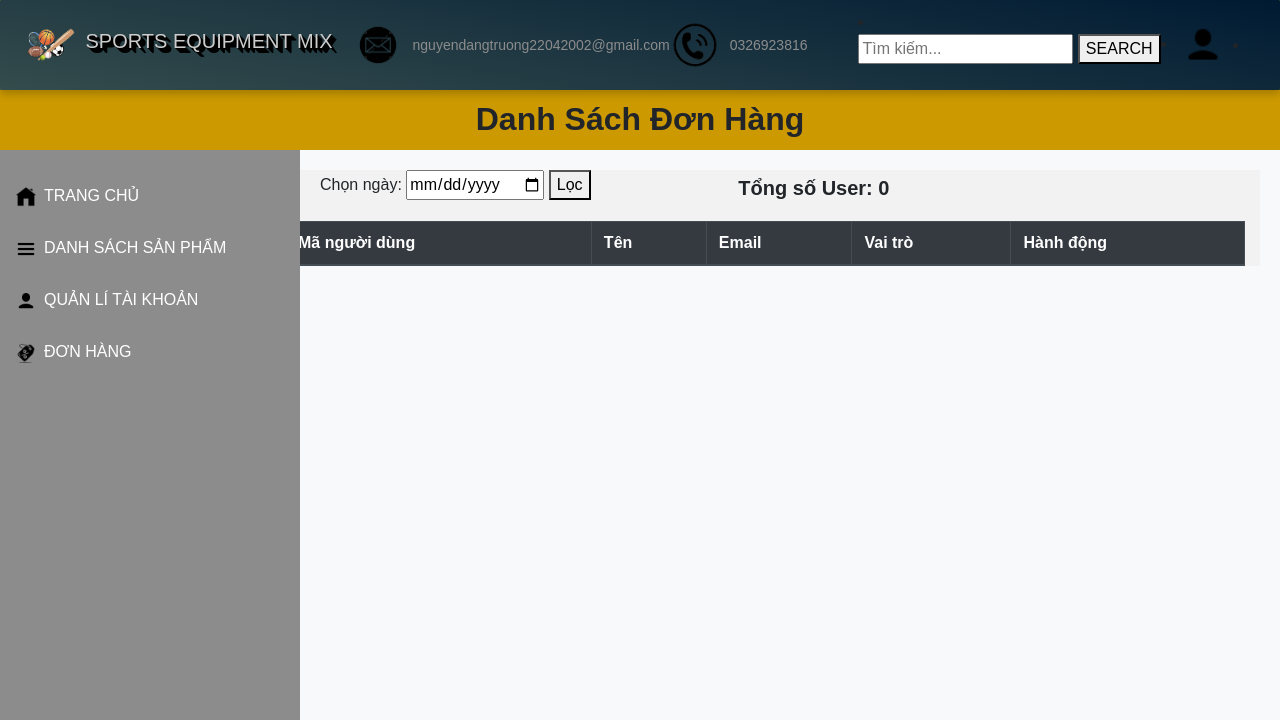
Repository: nguyendangtruong220420002/WWW-BanDungCuThietBiTheThao
Page: http://localhost/WebBanDungCuTheThao/QuanLy/DanhSachUser.jsp
An editor plug-in stored every save of this project. The page is shown before and after the next save, followed by the edit.
The browser window is 1280 px wide. The pictures show the whole page.
The page is served by Tomcat 10. Other server files are loaded and not shown.

Above is the page before, as saved 2024-07-22 09:00:10.

### WebBanDungCuTheThao/src/main/webapp/QuanLy/DanhSachUser.jsp
<%@ page language="java" contentType="text/html; charset=UTF-8"
	pageEncoding="UTF-8"%>
<%@ taglib uri="http://java.sun.com/jsp/jstl/core" prefix="c"%>

<%@ taglib uri="http://java.sun.com/jsp/jstl/functions" prefix="fn"%>
<%@ taglib uri="http://java.sun.com/jsp/jstl/fmt" prefix="fmt"%>
<html>
<head>
<meta charset="UTF-8">
<title>Quản Lý User</title>
<link
	href="https://stackpath.bootstrapcdn.com/bootstrap/4.5.2/css/bootstrap.min.css"
	rel="stylesheet">
<!-- Bootstrap JS và jQuery -->
<script src="https://code.jquery.com/jquery-3.5.1.slim.min.js"></script>
<script
	src="https://cdn.jsdelivr.net/npm/@popperjs/core@2.9.2/dist/umd/popper.min.js"></script>
<script
	src="https://stackpath.bootstrapcdn.com/bootstrap/4.5.2/js/bootstrap.min.js"></script>
<style>
body {
	font-family: Arial, sans-serif;
	margin: 0;
	padding: 0;
	box-sizing: border-box;
	display: flex;
	flex-direction: column;
	min-height: 100vh;
}

.logo {
	display: flex;
	align-items: center;
	justify-content: space-around;
	padding: 10px;
	background: linear-gradient(10deg, #344c4c, #001a33);
	border-radius: 1px;
	box-shadow: 0 4px 8px rgba(0, 0, 0, 0.2);
}

.logo-left {
	display: flex;
	align-items: center;
}

.logo-right {
	display: flex;
	align-items: center;
}

.logo img {
	height: 50px;
	width: 50px;
	margin-right: 10px;
}

.logo h1 {
	font-size: 20px;
	text-shadow: 1px 1px 0 #000, 2px 2px 0 #000, 3px 3px 0 #000, 4px 4px 0
		#000, 5px 5px 0 #000;
	color: #cccccc;
	font-weight: 100;
	margin-right: 20px;
}

.contact-info {
	display: flex;
	align-items: center;
	margin-right: 20px;
}

.contact-info h2 {
	margin: 0;
	font-size: 14px;
	color: #8c8c8c;
}

.social-icons img {
	height: 40px;
	width: 40px;
	margin: 10px;
}

header {
	background-color: #cc9900;
	height: 150px;
}

.memu-icons {
	height: 15px;
	width: 15px;
	margin: 0 5px;
}

.user-menu {
	display: none;
	position: absolute;
	background-color: white;
	border: 1px solid #ccc;
	padding: 10px;
	right: 15px;
	top: 40px;
}

.user-menu a {
	display: block;
	color: #333;
	text-decoration: none;
	margin: 5px 0;
}

.user-icon {
	position: relative;
	cursor: pointer;
}

.sidebar {
	width: 300px;
	height: 100%;
	background-color: #8c8c8c;
	padding-top: 20px;
	position: fixed;
	top: 150px; /* Dưới header */
	left: 0;
	overflow-y: auto;
}

.nav-list {
	list-style-type: none;
	padding: 0;
	margin: 0;
}

.nav-list li {
	position: relative;
}

.nav-list li a {
	display: block;
	color: white;
	padding: 14px 16px;
	text-decoration: none;
}

.nav-list li a:hover {
	background-color: #111;
}

.menu-icons {
	height: 20px;
	width: 20px;
	margin-right: 8px;
}

.dropdown-content {
	display: none;
	background-color: #444;
	padding-left: 20px;
}

.dropdown-content a {
	color: white;
	padding: 12px 16px;
	text-decoration: none;
	display: block;
}

.dropdown-content a:hover {
	background-color: #555;
}

main {
	margin-left: 250px; /* Để lại khoảng trống cho sidebar */
	padding: 20px;
	flex: 1;
}

.show {
	display: block;
}

.product-list {
	max-height: 100px; /* Chiều cao tối đa của danh sách sản phẩm */
	overflow: hidden; /* Ẩn nội dung vượt quá chiều cao tối đa */
	transition: max-height 0.3s ease;
	/* Hiệu ứng chuyển tiếp khi mở rộng */
}

.product-list.show-more {
	max-height: 100%; /* Chiều cao tối đa khi mở rộng */
}

.show-more-btn {
	cursor: pointer; /* Con trỏ chuột khi di chuột qua nút */
	color: #007bff; /* Màu chữ của nút "Xem thêm" */
	text-decoration: underline; /* Gạch chân chữ */
}
</style>
<script>
	function toggleUserMenu() {
		var userMenu = document.getElementById("user-menu");
		if (userMenu.style.display === "block") {
			userMenu.style.display = "none";
		} else {
			userMenu.style.display = "block";
		}
	}
	function toggleDropdown(event) {
		event.preventDefault();
		var dropdownContent = event.currentTarget.nextElementSibling;
		dropdownContent.classList.toggle("show");
	}
	function filterByDate() {
	    // Lấy ngày từ form lọc
	    const filterDate = document.getElementById('filterDate').value;
	    const formattedDate = new Date(filterDate).toISOString().split('T')[0]; // Định dạng ngày theo yyyy-MM-dd

	    // Lấy tất cả các hàng trong bảng
	    const rows = document.querySelectorAll('#paymentsTableBody tr');

	    rows.forEach(row => {
	        // Lấy giá trị ngày từ thuộc tính data-date
	        const rowDate = row.getAttribute('data-date');

	        // So sánh ngày để quyết định hiển thị hoặc ẩn hàng
	        if (rowDate === formattedDate) {
	            row.style.display = ''; // Hiển thị hàng
	        } else {
	            row.style.display = 'none'; // Ẩn hàng
	        }
	    });
	}
	function toggleDescription(element) {
        var productList = element.previousElementSibling;
        if (productList.classList.contains('show-more')) {
            productList.classList.remove('show-more');
            element.textContent = 'Xem thêm';
        } else {
            productList.classList.add('show-more');
            element.textContent = 'Thu gọn';
        }
    }

</script>


</head>
<body>
	<header>
		<div class="logo">
			<div class="logo-left">
				<img alt="" src="IMG/logo.png">
				<h1>SPORTS EQUIPMENT MIX</h1>
				<div class="contact-info">
					<img alt="" src="IMG/thu.png" class="social-icons">
					<h2>nguyendangtruong22042002@gmail.com</h2>
					<img alt="" src="IMG/call.png" class="social-icons">
					<h2>0326923816</h2>
				</div>
			</div>
			<div class="logo-right">
				<li>
					<form action="search.jsp" method="get">
						<input type="text" name="query" placeholder="Tìm kiếm...">
						<button type="submit">SEARCH</button>
					</form>
				</li>
				<li><a href="#" class="user-icon" onclick="toggleUserMenu()"><img
						alt="" src="IMG/user.png" style="height: 40px; width: 40px"></a>
					<div id="user-menu" class="user-menu">
						<c:choose>
							<c:when test="${not empty sessionScope.ten}">
								<span class="user-info font-weight-bold text-black"> <c:out
										value="Xin chào: ${sessionScope.ten}" />
								</span>
								<button type="button" class="btn btn-danger"
									onclick="confirmLogout()">Đăng Xuất</button>
							</c:when>
							<c:otherwise>
								<button type="button" class="btn btn-primary"
									data-toggle="modal" data-target="#loginModal">Đăng
									Nhập</button>
								<button type="button" class="btn btn-primary"
									data-toggle="modal" data-target="#registerModal">Đăng
									Ký</button>
							</c:otherwise>
						</c:choose>
					</div></li>
				<li>
			</div>
		</div>
		<div style="text-align: center; margin-top: 10px">
			<h2 style="font-weight: bold;">Danh Sách Đơn Hàng</h2>
		</div>
	</header>
	<nav class="sidebar">
		<ul class="nav-list">
			<li><a href="Admin.jsp"><img alt="" src="IMG/home.png"
					class="menu-icons">TRANG CHỦ</a></li>
			<li class="dropdown"><a href="javascript:void(0)"
				class="dropbtn" onclick="toggleDropdown(event)"><img alt=""
					src="IMG/menu.png" class="menu-icons">DANH SÁCH SẢN PHẨM</a>
				<div class="dropdown-content">
					<a href="DanhSachLoaiSanPhamServlet">Loại Sản phẩm</a> <a
						href="DanhSachSanPhamServlet">Sản phẩm</a>
				</div></li>
			<li><a href="users.jsp"><img alt="" src="IMG/user.png"
					class="menu-icons">QUẢN LÍ TÀI KHOẢN</a></li>
			<li><a href="DSDonHangServlet"><img alt=""
					src="IMG/sale.png" class="menu-icons">ĐƠN HÀNG</a></li>
		</ul>
	</nav>
	<main>
		<div class="container"
			style="background-color: #f2f2f2; max-width: 1600px">

			<div class="content">
				<div class="row mb"
					style="display: flex; align-items: center; margin-left: 20px;">

					<div class="col-md-4" style="display: flex; align-items: center;">
						<form id="filterForm" method="get">
							<label for="filterDate">Chọn ngày:</label> <input type="date"
								id="filterDate" name="filterDate" value="${filterDate}" />
							<button type="submit">Lọc</button>
						</form>
					</div>

					<div class="col-md-4"
						style="font-weight: bold; font-size: 20px; margin-left: 100px">

						<p>Tổng số User: ${fn:length(users)}</p>
					</div>

				</div>

			</div>
			<table class="table table-bordered">
				<thead class="thead-dark">
					<tr>
						<th>Mã người dùng</th>
						<th>Tên</th>
						<th>Email</th>
						<th>Vai trò</th>
						<th>Hành động</th>
					</tr>

				</thead>
				<c:forEach var="user" items="${users}">
					<tr>
						<td>${user.mauser}</td>
						<td>${user.tenuser}</td>
						<td>${user.email}</td>
						<td>${user.role}</td>
						<td>
							<!-- Update Form -->
							<form action="DanhSachUserServlet" method="post"
								style="display: inline;">
								<input type="hidden" name="action" value="edit" /> <input
									type="hidden" name="maUser" value="${user.mauser}" /> <input
									type="submit" value="edit" class="btn btn-warning" />
							</form> <!-- Delete Form -->
							<form action="DanhSachUserServlet" method="post"
								style="display: inline;">
								<input type="hidden" name="action" value="delete" /> <input
									type="hidden" name="maUser" value="${user.mauser}" /> <input
									type="submit" value="Xóa" />
							</form>
						</td>
					</tr>
				</c:forEach>

			</table>
		</div>
	</main>


	<footer> </footer>

	<jsp:include page="../Modal/register.jsp" />
	<jsp:include page="../Modal/login.jsp" />
	<!-- Modal Đăng ký thành công -->
	<div class="modal fade" id="registerSuccessModal" tabindex="-1"
		role="dialog" aria-labelledby="registerSuccessModalLabel"
		aria-hidden="true">
		<div class="modal-dialog" role="document">
			<div class="modal-content">
				<div class="modal-header">
					<h5 class="modal-title" id="registerSuccessModalLabel">Đăng Ký
						Thành Công</h5>
					<button type="button" class="close" data-dismiss="modal"
						aria-label="Close">
						<span aria-hidden="true">&times;</span>
					</button>
				</div>
				<div class="modal-body">Chúc mừng! Bạn đã đăng ký thành công.
				</div>
				<div class="modal-footer">
					<button type="button" class="btn btn-secondary"
						data-dismiss="modal">Đóng</button>
				</div>
			</div>
		</div>
	</div>

	<!-- JavaScript để hiển thị modal khi cần -->
	<script>
        $(document).ready(function() {
            <%-- Kiểm tra xem thuộc tính registerSuccess có trong session không --%>
            <% if (session.getAttribute("registerSuccess") != null && (Boolean) session.getAttribute("registerSuccess")) { %>
                <%-- Hiển thị modal "Đăng ký thành công" --%>
                $('#registerSuccessModal').modal('show');
            <% }
               session.removeAttribute("registerSuccess");
            %>
        });
    </script>
	<!-- Modal Đăng nhập thành công -->
	<div class="modal fade" id="loginSuccessModal" tabindex="-1"
		role="dialog" aria-labelledby="loginSuccessModalLabel"
		aria-hidden="true">
		<div class="modal-dialog" role="document">
			<div class="modal-content">
				<div class="modal-header">
					<h5 class="modal-title" id="loginSuccessModalLabel">Đăng Nhập
						Thành Công</h5>
					<button type="button" class="close" data-dismiss="modal"
						aria-label="Close">
						<span aria-hidden="true">&times;</span>
					</button>
				</div>
				<div class="modal-body">Chào mừng bạn đã đăng nhập thành công.
				</div>
				<div class="modal-footer">
					<button type="button" class="btn btn-secondary"
						data-dismiss="modal">Đóng</button>
				</div>
			</div>
		</div>
	</div>
	<script>
    $(document).ready(function() {

        <% if (session.getAttribute("loginSuccess") != null && (Boolean) session.getAttribute("loginSuccess")) { %>
            $('#loginSuccessModal').modal('show');
            <% session.removeAttribute("loginSuccess"); %>

            // Thay đổi nút "Đăng Nhập" và "Đăng Ký" thành nút "Đăng Xuất"
            var tenuser = '${sessionScope.ten}'; // Lấy tên người dùng từ session
            $('#user-menu').html('<span class="user-info font-weight-bold text-black">Xin Chào  ' + tenuser + '</span>' +
                '<button type="button" class="btn btn-danger" onclick="confirmLogout()">Đăng Xuất</button>');
        <% } %>
    });

    function confirmLogout() {
        // Hiển thị modal xác nhận đăng xuất
        $('#confirmLogoutModal').modal('show');
    }

    function logout() {
    	window.location.href = "LogoutServlet";
    }
</script>
	<!-- Modal Đăng nhập không thành công -->
	<div class="modal fade" id="loginFailedModal" tabindex="-1"
		role="dialog" aria-labelledby="loginFailedModalLabel"
		aria-hidden="true">
		<div class="modal-dialog" role="document">
			<div class="modal-content">
				<div class="modal-header">
					<h5 class="modal-title" id="loginFailedModalLabel">Đăng Nhập
						Không Thành Công</h5>
					<button type="button" class="close" data-dismiss="modal"
						aria-label="Close">
						<span aria-hidden="true">&times;</span>
					</button>
				</div>
				<div class="modal-body">Đăng nhập không thành công. Vui lòng
					kiểm tra lại email và mật khẩu.</div>
				<div class="modal-footer">
					<button type="button" class="btn btn-secondary"
						data-dismiss="modal">Đóng</button>
				</div>
			</div>
		</div>
	</div>
	<script>
    $(document).ready(function() {
        <%-- Kiểm tra xem thuộc tính loginFailed có trong session không --%>
        <% if (session.getAttribute("loginFailed") != null && (Boolean) session.getAttribute("loginFailed")) { %>
            <%-- Hiển thị modal "Đăng nhập không thành công" --%>
            $('#loginFailedModal').modal('show');
        <% }
           session.removeAttribute("loginFailed");
        %>
    });
</script>
	<!-- Modal xác nhận đăng xuất -->
	<div class="modal fade" id="confirmLogoutModal" tabindex="-1"
		role="dialog" aria-labelledby="confirmLogoutModalLabel"
		aria-hidden="true">
		<div class="modal-dialog" role="document">
			<div class="modal-content">
				<div class="modal-header">
					<h5 class="modal-title" id="confirmLogoutModalLabel">Xác nhận
						đăng xuất</h5>
					<button type="button" class="close" data-dismiss="modal"
						aria-label="Close">
						<span aria-hidden="true">&times;</span>
					</button>
				</div>
				<div class="modal-body">Bạn có chắc chắn muốn đăng xuất không?
				</div>
				<div class="modal-footer">
					<button type="button" class="btn btn-secondary"
						data-dismiss="modal">Hủy</button>
					<button type="button" class="btn btn-primary" onclick="logout()">Đăng
						xuất</button>
				</div>
			</div>
		</div>
	</div>





</body>
</html>

### WebBanDungCuTheThao/src/main/webapp/Modal/register.jsp
<%@ page language="java" contentType="text/html; charset=UTF-8"
    pageEncoding="UTF-8"%>
<!DOCTYPE html>
<html>
<head>
<meta charset="UTF-8">
<title>Register</title>
<link rel="stylesheet" href="https://stackpath.bootstrapcdn.com/bootstrap/4.3.1/css/bootstrap.min.css">
<style>
body {
    font-family: Arial, sans-serif;
    background-color: #f8f9fa;
    margin: 0;
    padding: 0;
}
.modal-content {
    border-radius: 8px;
    border: none;
}
.modal-header {
    background-color: #007bff;
    color: #fff;
    border-bottom: none;
    border-top-left-radius: 8px;
    border-top-right-radius: 8px;
}
.modal-title {
    margin: 0;
    font-weight: bold;
}
.close {
    color: #fff;
    opacity: 1;
}
.modal-body {
    padding: 20px;
}
.form-group label {
    font-weight: bold;
}
.form-control {
    border-radius: 4px;
    border: 1px solid #ced4da;
    padding: 10px;
}
.btn-primary {
    background-color: #007bff;
    border: none;
    border-radius: 4px;
    padding: 10px 20px;
}
.btn-primary:hover {
    background-color: #0056b3;
}
</style>
</head>
<body>
<div class="modal fade" id="registerModal" tabindex="-1" role="dialog" aria-labelledby="registerModalLabel" aria-hidden="true">
  <div class="modal-dialog" role="document">
    <div class="modal-content">
      <div class="modal-header">
        <h5 class="modal-title" id="registerModalLabel">Đăng Ký</h5>
        <button type="button" class="close" data-dismiss="modal" aria-label="Close">
          <span aria-hidden="true">&times;</span>
        </button>
      </div>
      <div class="modal-body">
        <form action="UserServlet" method="post">
          <div class="form-group">
            <label for="username">Họ và Tên</label>
            <input type="text" class="form-control" id="tenuser" name="tenuser" required>
          </div>
          <div class="form-group">
            <label for="password">Mật Khẩu</label>
            <input type="password" class="form-control" id="password" name="password" required>
          </div>
          <div class="form-group">
            <label for="email">Email</label>
            <input type="email" class="form-control" id="email" name="email" required>
          </div>
          <button type="submit" class="btn btn-primary">Đăng Ký</button>
        </form>
      </div>
    </div>
  </div>
</div>
<script src="https://code.jquery.com/jquery-3.3.1.slim.min.js"></script>
<script src="https://cdnjs.cloudflare.com/ajax/libs/popper.js/1.14.7/umd/popper.min.js"></script>
<script src="https://stackpath.bootstrapcdn.com/bootstrap/4.3.1/js/bootstrap.min.js"></script>
</body>
</html>

### WebBanDungCuTheThao/src/main/webapp/Modal/login.jsp
<%@ page language="java" contentType="text/html; charset=UTF-8"
	pageEncoding="UTF-8"%>
<%@ taglib uri="http://java.sun.com/jsp/jstl/core" prefix="c"%>
<!DOCTYPE html>
<html>
<head>
<meta charset="UTF-8">
<title>Login</title>
<link rel="stylesheet"
	href="https://stackpath.bootstrapcdn.com/bootstrap/4.3.1/css/bootstrap.min.css">
<style>
body {
	font-family: Arial, sans-serif;
	background-color: #f8f9fa;
	margin: 0;
	padding: 0;
}

.modal-content {
	border-radius: 8px;
	border: none;
}

.modal-header {
	background-color: #007bff;
	color: #fff;
	border-bottom: none;
	border-top-left-radius: 8px;
	border-top-right-radius: 8px;
}

.modal-title {
	margin: 0;
	font-weight: bold;
}

.close {
	color: #fff;
	opacity: 1;
}

.modal-body {
	padding: 20px;
}

.form-group label {
	font-weight: bold;
}

.form-control {
	border-radius: 4px;
	border: 1px solid #ced4da;
	padding: 10px;
}

.btn-primary {
	background-color: #007bff;
	border: none;
	border-radius: 4px;
	padding: 10px 20px;
}

.btn-primary:hover {
	background-color: #0056b3;
}
</style>
</head>
<body>
	<div class="modal fade" id="loginModal" tabindex="-1" role="dialog"
		aria-labelledby="loginModalLabel" aria-hidden="true">
		<div class="modal-dialog" role="document">
			<div class="modal-content">
				<div class="modal-header">
					<h5 class="modal-title" id="loginModalLabel">Đăng Nhập</h5>
					<button type="button" class="close" data-dismiss="modal"
						aria-label="Close">
						<span aria-hidden="true">&times;</span>
					</button>
				</div>
				<div class="modal-body">
					<form action="LoginServlet" method="post">
						<div class="form-group">
							<label for="email">Email :</label> <input type="text"
								class="form-control" id="email" name="email" required>

						</div>
						<div class="form-group">
							<label for="password">Mật Khẩu:</label> <input type="password"
								class="form-control" id="password" name="password" required>
						</div>
						<div class="form-group">
							<div class="checkbox">
								<label><input type="checkbox" name="remember">
									Nhớ tài khoảng</label>
							</div>
						</div>
						<button type="submit" class="btn btn-primary">Đăng Nhập</button>
					</form>
				</div>
			</div>
		</div>
	</div>
	<script src="https://code.jquery.com/jquery-3.3.1.slim.min.js"></script>
	<script
		src="https://cdnjs.cloudflare.com/ajax/libs/popper.js/1.14.7/umd/popper.min.js"></script>
	<script
		src="https://stackpath.bootstrapcdn.com/bootstrap/4.3.1/js/bootstrap.min.js"></script>
</body>
</html>

After the next save:
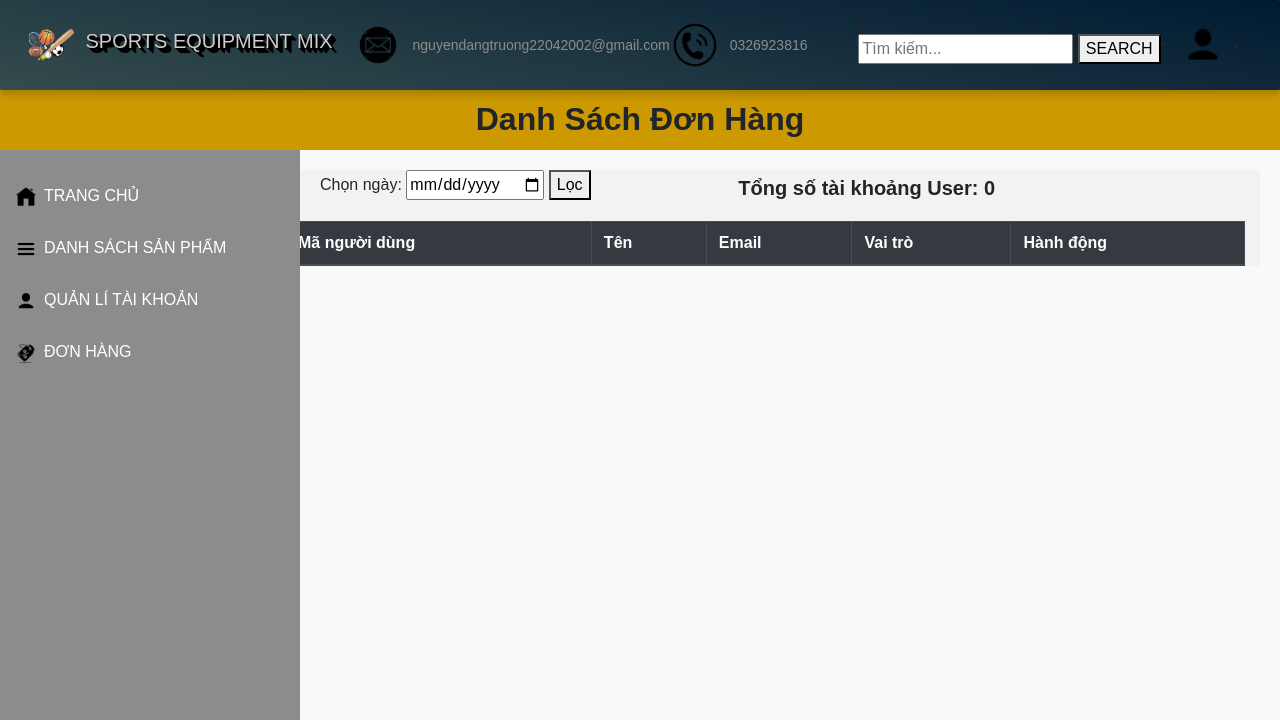
Saved 25 s later.
--- a/WebBanDungCuTheThao/src/main/webapp/QuanLy/DanhSachUser.jsp
+++ b/WebBanDungCuTheThao/src/main/webapp/QuanLy/DanhSachUser.jsp
@@ -329,7 +329,7 @@ main {
 					<div class="col-md-4"
 						style="font-weight: bold; font-size: 20px; margin-left: 100px">
 
-						<p>Tổng số User: ${fn:length(users)}</p>
+						<p>Tổng số tài khoảng User: ${fn:length(users)}</p>
 					</div>
 
 				</div>
